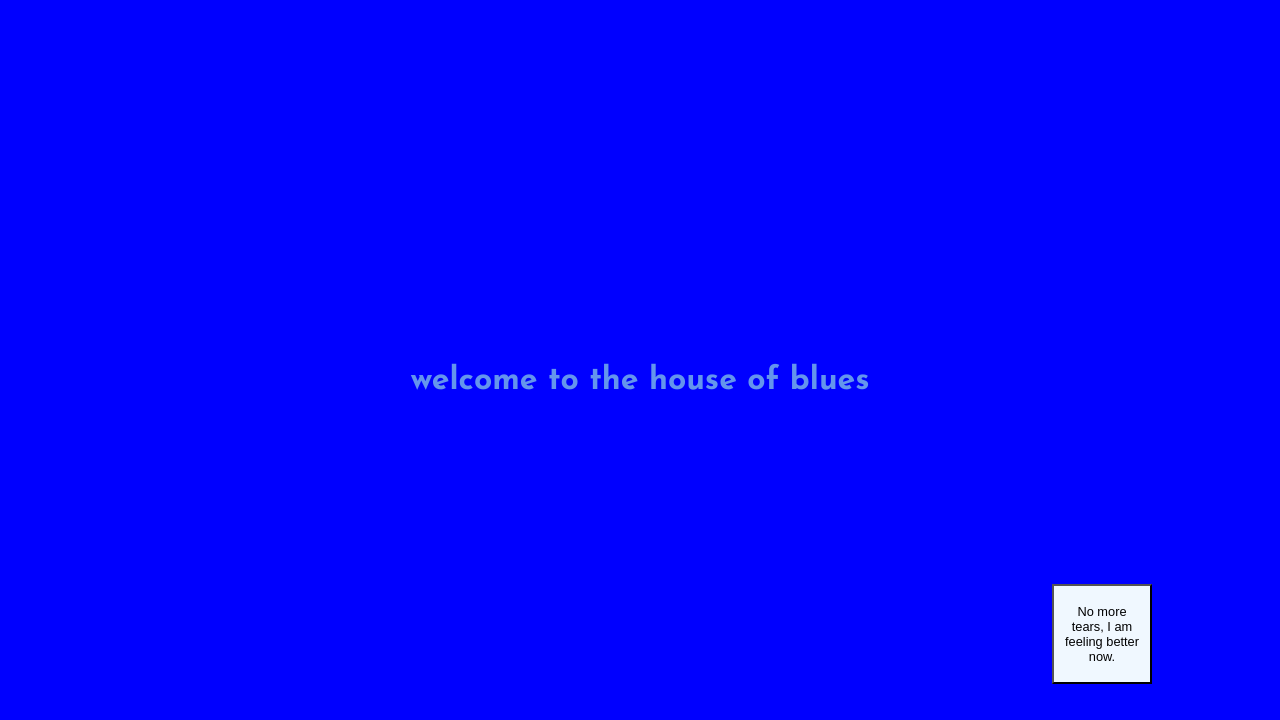
Repository: olivia-clarkeedwards/house-of-blues
Page: index.html
These files come from the project's save history. The page is drawn as it stood at one moment and after the next save; the edit follows.
The browser window is 1280 px wide. The pictures show the whole page.

Above is the page before, as saved 2023-02-16 12:46:57.

After the next save:
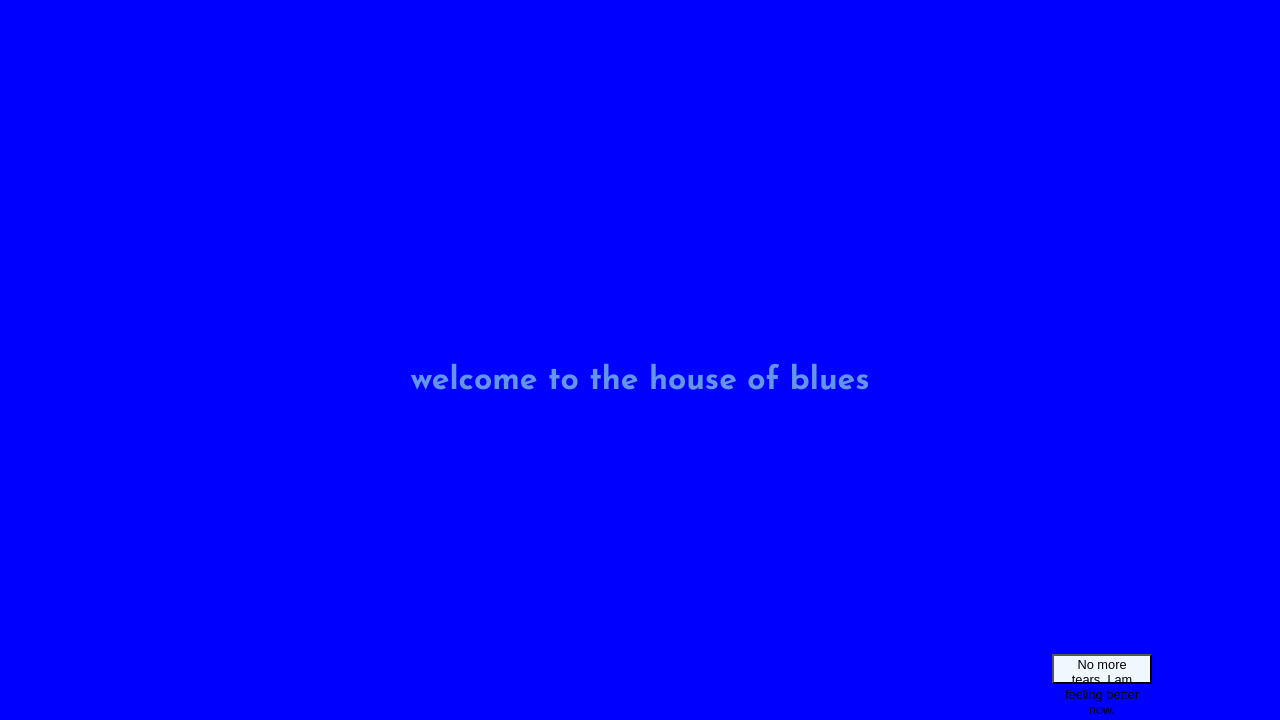
Saved 7 s later.
--- a/main.css
+++ b/main.css
@@ -26,7 +26,7 @@ p {
 
 button {
   width: 100px;
-  height: 100px;
+  height: 30px;
   position: absolute;
   bottom: 5%;
   right: 10%;
